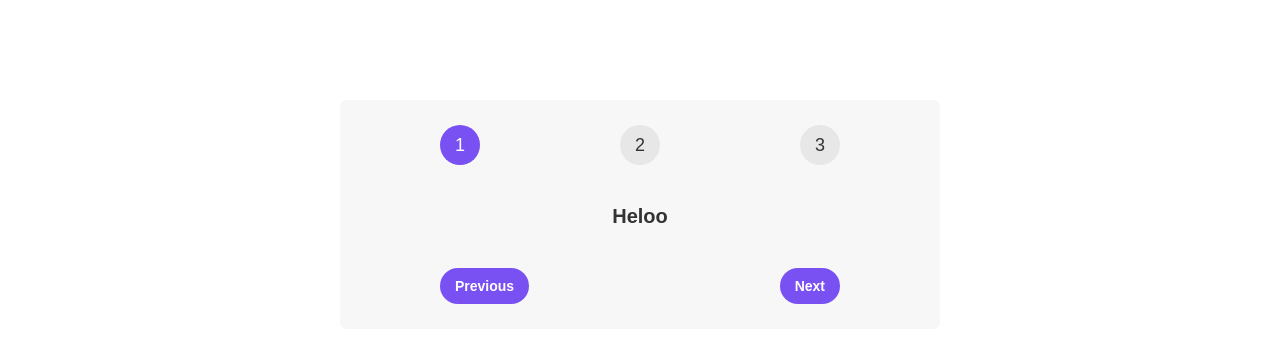
Repository: ahmedharidy/State-React-Practice
Page: /
An editor plug-in stored every save of this project. The page is shown before and after the next save, followed by the edit.
The browser window is 1280 px wide. The pictures show the whole page.
The project was rebuilt for these pictures with package versions that can differ from the ones it lists, and the page was loaded fresh each time.

Above is the page before, as saved 2026-09-25 11:12:40.

After the next save:
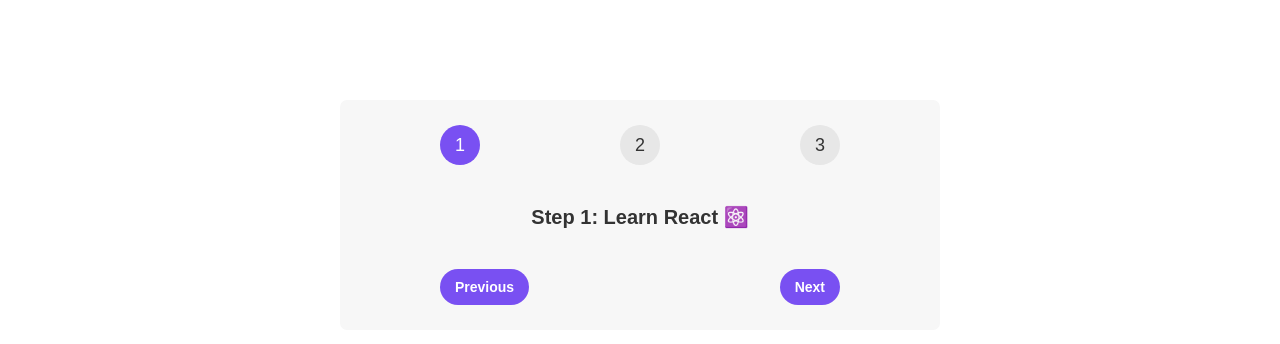
Saved 48 s later.
--- a/src/App.js
+++ b/src/App.js
@@ -4,6 +4,8 @@ const messages = [
   "Invest your new income 🤑",
 ];
 export default function App() {
+  const step = 1;
+
   return (
     <div className="steps">
       <div className="numbers">
@@ -12,7 +14,9 @@ export default function App() {
         <div>3</div>
       </div>
 
-      <p className="message">Heloo</p>
+      <p className="message">
+        Step {step}: {messages[step - 1]}
+      </p>
 
       <div className="buttons">
         <button style={{ backgroundColor: "#7950f2", color: "#fff" }}>
